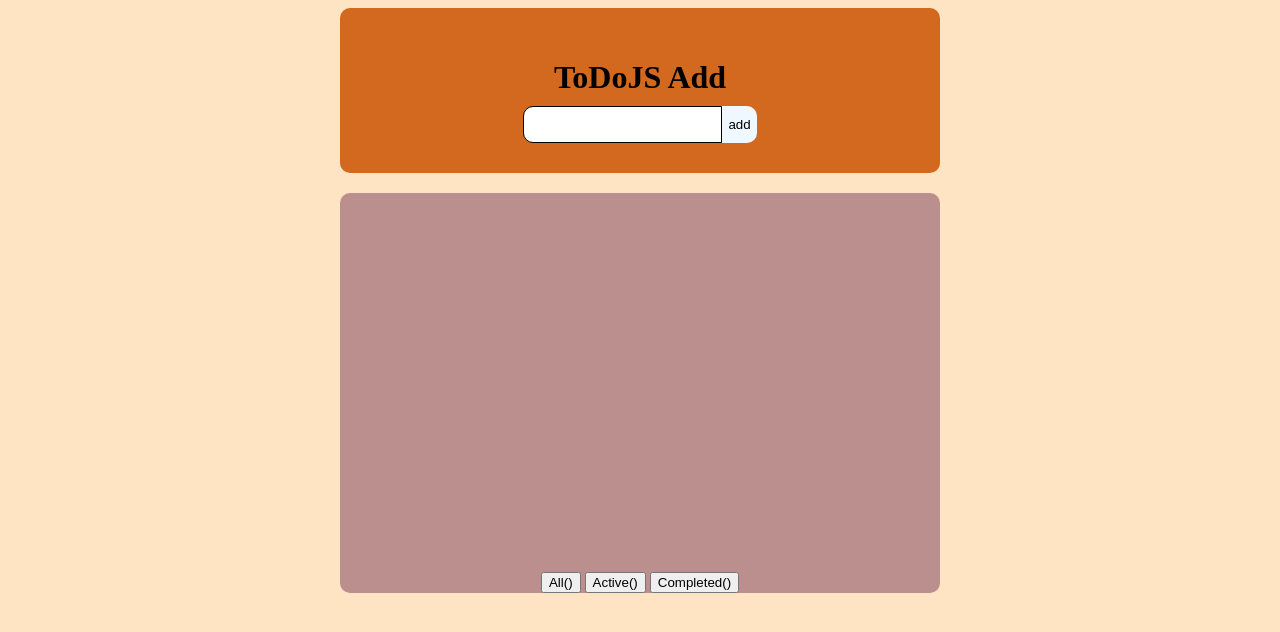
Repository: Savich01/ToDo
Page: index.html
The author's editor kept a copy of each file at every save. The page is drawn from the files as they stood at one save, then again after the next save.
The browser window is 1280 px wide. The pictures show the whole page.

Above is the page before, as saved 2024-05-03 15:15:52.

### index.html
<!DOCTYPE html>
<html lang="en">
<head>
    <meta charset="UTF-8">
    <meta name="viewport" content="width=device-width, initial-scale=1.0">
    <link rel="stylesheet" href="css/style.css">
    <title>ToDO</title>
</head>
<body>
    <header class="header">
        <div class="header-block">
            <div class="header-block__sub">
                <h1 class="title">ToDoJS Add</h1>
                <form class="personal" action="#">
                    <input type="text" class="personal-input">
                    <button class="personal-btn">add</button>
                </form>
            </div>
        </div>
    </header>
     <main class="main">
        <div class="main-block">
            <div class="main-container">

            </div>
            <div class="main-button">
                <div class="button">
                    <button class="main-btn1">All()</button>
                    <button class="main-btn2">Active()</button>
                    <button class="main-btn3">Completed()</button>
                </div>
            </div>
            </div>
     </main>
        <script src="js/script.js"></script>
</body>
</html>

### css/style.css
/*------------HEADER-------------------------------------*/

body {
    max-width: 100%;
    background: #FFE4C4;
}
.header {
    margin-bottom: 20px;
}
.header-block {
    max-width: 600px;
    margin: 0 auto;
    background: #D2691E;
    border-radius: 10px;
}
 .header-block__sub {
    display: flex;
    flex-direction: column;
    justify-content: center;
    align-items: center;
    padding: 30px 0px;
 }

 .title {
    margin-bottom: 10px;
 }

 .personal {
    display: flex;
    justify-content: center;
 }

 .personal-input{
    padding: 10px;
    border: 1px solid #000;
    border-radius: 10px 0px 0px 10px;
 }
.personal-btn {
    border: none;
    background-color: aliceblue;
    border-radius: 0px 10px 10px 0px;
    cursor: pointer;
}
/*------------------MAIN-------------------------------------*/

.main-block {
   max-width: 600px;
   margin: 0 auto;
   background: #BC8F8F;
   height: 400px;
   border-radius: 10px;
}
.main-button {
    display: flex;
    align-items: flex-end;
    height: 100%;
    justify-content: space-evenly;
}
/*------------------FOOTER--------------------------------------------------*/

Loaded but not shown: js/script.js (no copy from this time; the picture is the same without it)

After the next save:
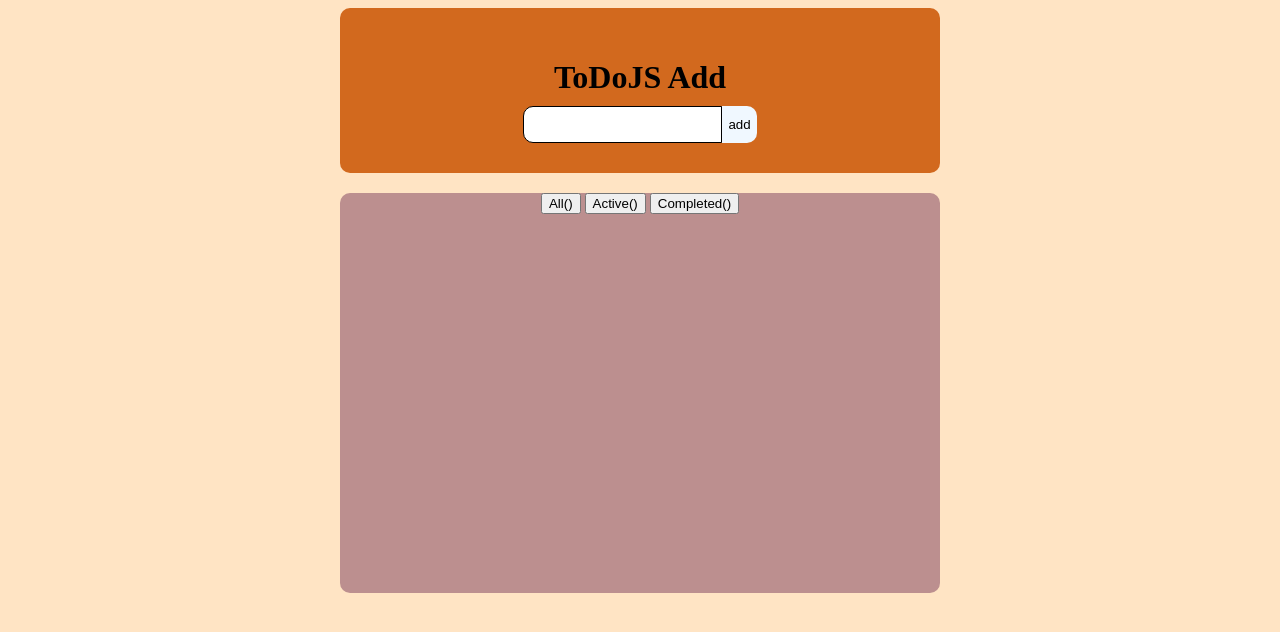
Saved 4 min 4 s later.
--- a/css/style.css
+++ b/css/style.css
@@ -52,7 +52,7 @@
 }
 .main-button {
     display: flex;
-    align-items: flex-end;
+    /* align-items: flex-end; */
     height: 100%;
     justify-content: space-evenly;
 }

After the save that followed:
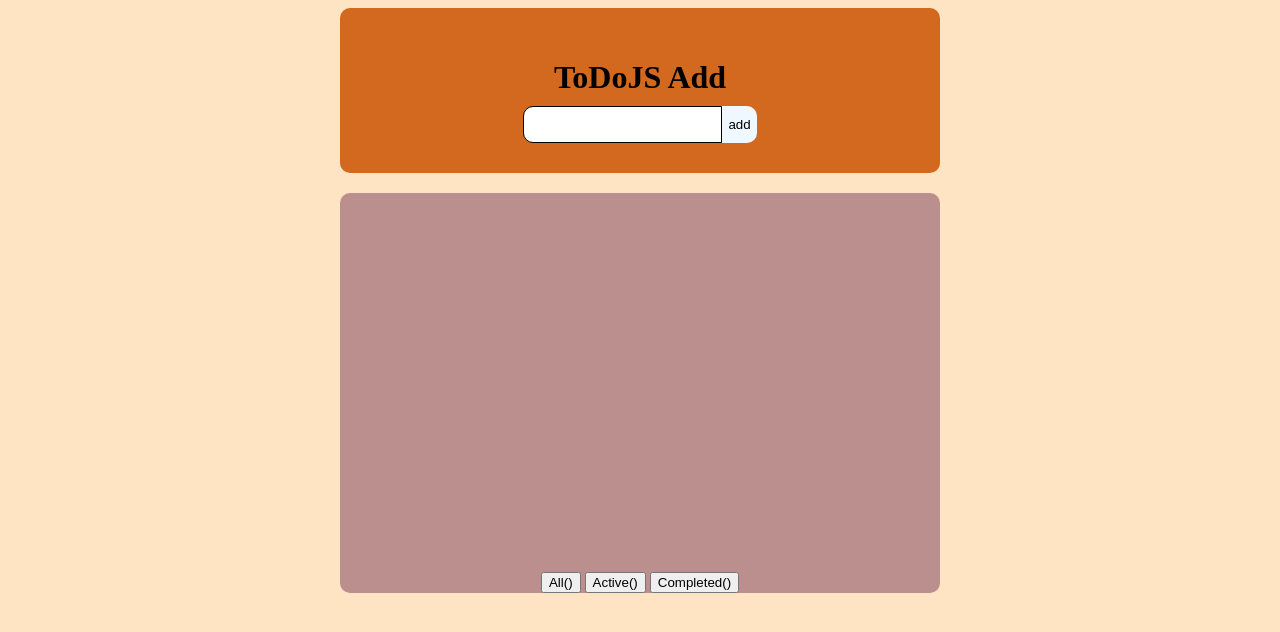
Saved 6 s later.
--- a/css/style.css
+++ b/css/style.css
@@ -52,7 +52,7 @@
 }
 .main-button {
     display: flex;
-    /* align-items: flex-end; */
+    align-items: flex-end;
     height: 100%;
     justify-content: space-evenly;
 }
